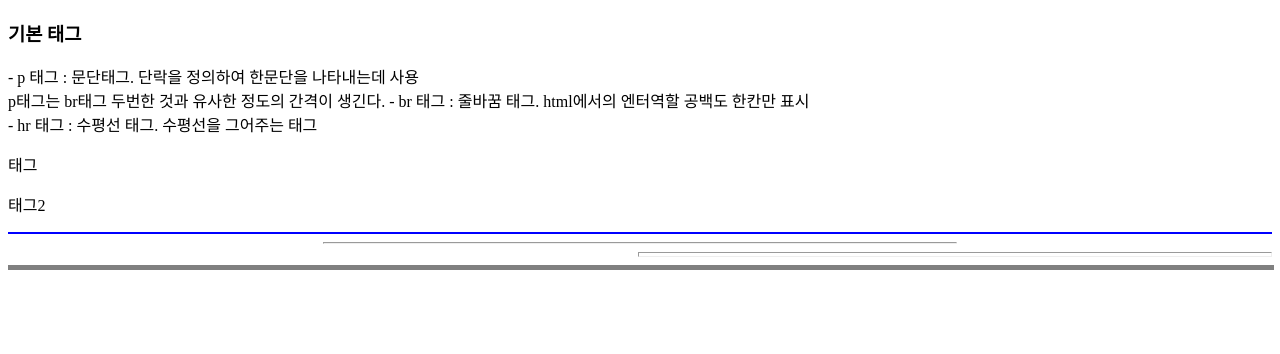
Repository: marudaga/html-css-lecture
Page: work/study/src/main/webapp/htmlEx/ch02/ex03.html
The author's editor kept a copy of each file at every save. The page is drawn from the files as they stood at one save, then again after the next save.
The browser window is 1280 px wide. The pictures show the whole page.

Above is the page before, as saved 2022-09-06 03:38:31.

### work/study/src/main/webapp/htmlEx/ch02/ex03.html
<!DOCTYPE html>
<html>
<head>
<meta charset="UTF-8">
<title>Insert title here</title>
</head>
<body>
<h3> 기본 태그</h3>

<div>
	 - p 태그 :   문단태그. 단락을 정의하여 한문단을 나타내는데 사용<br>
	 p태그는 br태그 두번한 것과 유사한 정도의 간격이 생긴다.
	 - br 태그 : 줄바꿈 태그. html에서의 엔터역할 공백도 한칸만 표시<br>
	 - hr 태그 : 수평선 태그. 수평선을 그어주는 태그
<p>태그</p>
<p>태그2</p>
<hr color="blue">
<hr width =  " 50%" align = "center">
<hr size = "5" width = "50%"  align = "right">
<hr noshade = "noshade" size = "5" width="100%">
</div>
</body>
</html>

After the next save:
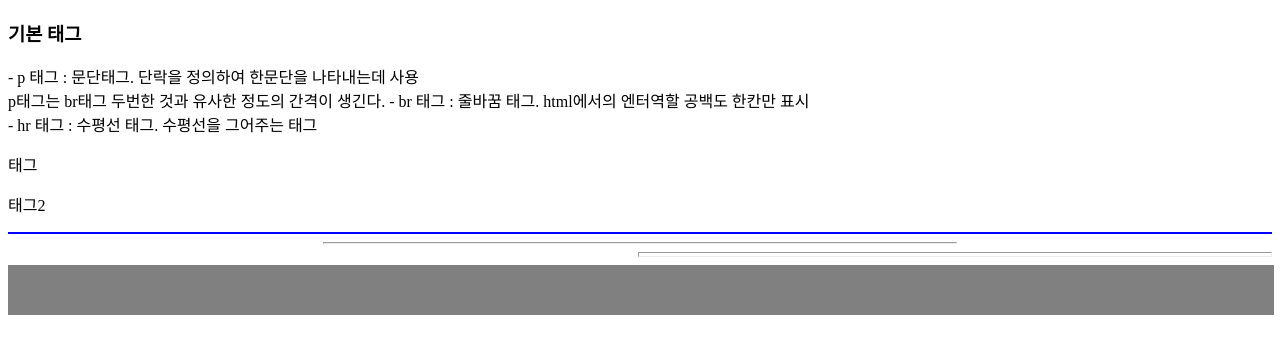
Saved 18 s later.
--- a/work/study/src/main/webapp/htmlEx/ch02/ex03.html
+++ b/work/study/src/main/webapp/htmlEx/ch02/ex03.html
@@ -17,7 +17,7 @@
 <hr color="blue">
 <hr width =  " 50%" align = "center">
 <hr size = "5" width = "50%"  align = "right">
-<hr noshade = "noshade" size = "5" width="100%">
+<hr noshade = "noshade" size = "50" width="100%">
 </div>
 </body>
 </html>
